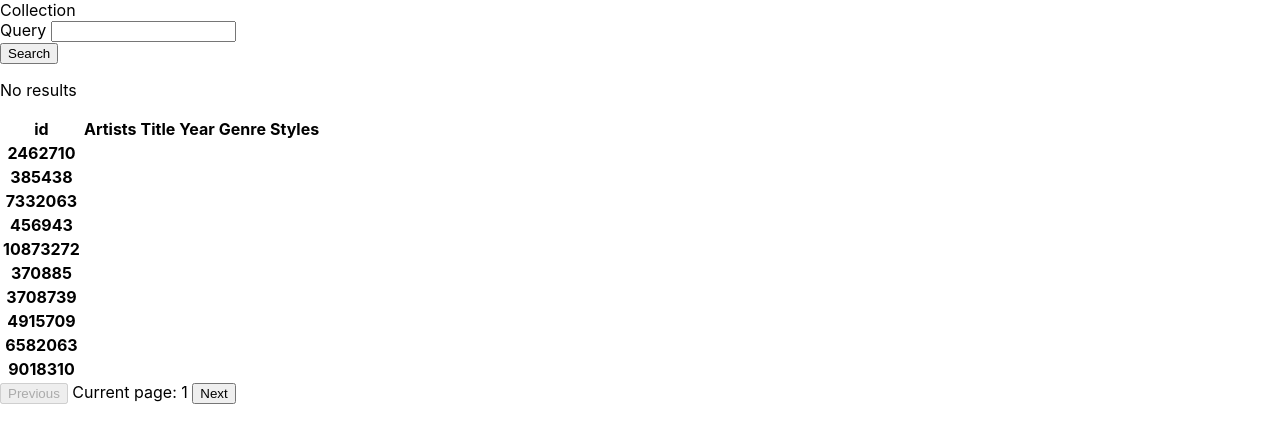
Repository: ivan-baljkas/pristupni_zadatak
Page: / (app in frontend/react-akademija-master/)
An editor plug-in stored every save of this project. The page is shown before and after the next save, followed by the edit.
The browser window is 1280 px wide. The pictures show the whole page.
The project was rebuilt for these pictures with package versions that can differ from the ones it lists, and the page was loaded fresh each time.

Above is the page before, as saved 2021-07-21 13:30:47.

### frontend/react-akademija-master/src/App.js
import React from "react";
import { SearchForm } from "./components/SearchForm";
import { CollectionTable } from "./components/CollectionTable";
import { TableItem } from "./components/TableItem";
import { Pagination } from "./components/Pagination";
import data from "./data.json";

const App = () => {
  console.log(data);

  return (
    <div>
      <header>
        Collection
      </header>
      <SearchForm>
          No results
        </SearchForm>
        <CollectionTable>
        {data.releases.map(release=>(
          <TableItem id={release.id} {...release}/>
        ))}
        </CollectionTable>
        <Pagination currentPage={1} pages={2} />
    </div>
  );
};

export default App;

### frontend/react-akademija-master/src/components/SearchForm.jsx
import React, { Component } from 'react'

export const SearchForm = (props) =>{

    return(
        <div>
            <div>
                <label htmlFor="query">Query </label>
                <input type="text" id="query"/>
            </div>
            <div>
                <button type="button">Search</button>
                <p>{props.children}</p>
            </div>

        </div>
    );
};

### frontend/react-akademija-master/src/components/CollectionTable.jsx
import React, { Component } from 'react'
import { TableItem } from './TableItem';
export const CollectionTable = (props) =>{

    return(
        <div>
            <table>
            <thead>
                <tr>
                    <th>id</th>
                    <th>Artists</th>
                    <th>Title</th>
                    <th>Year</th>
                    <th>Genre</th>
                    <th>Styles</th>
                </tr>
            </thead>
             <tbody>
                {props.children}
            </tbody>

            </table>
        </div>
    );
};

### frontend/react-akademija-master/src/components/TableItem.jsx
import React, { Component } from 'react'

export const TableItem = (props) =>{

    return(
                <tr>
                    <th>{props.id}</th>
                    <th>{props.basic_information.artists.name}</th>
                    <th>{props.title}</th>
                    <th>{props.year}</th>
                    <th>{props.genre}</th>
                    <th>{props.styles}</th>
                </tr>
    );
};

### frontend/react-akademija-master/src/components/Pagination.jsx
import React, { Component } from 'react'

export const Pagination = (props) =>{

    return(
        <div>
            <button type="button" disabled = {props.currentPage === 1}>Previous</button>
             <span>  Current page:  {props.currentPage} </span>
             <button type="button"disabled = {props.currentPage === props.pages}>Next</button>
        </div>
    );
};

### frontend/react-akademija-master/src/data.json
{
  "pagination": {
    "page": 1,
    "pages": 26,
    "per_page": 10,
    "items": 255,
    "urls": {
      "first": "https://api.discogs.com/users/adrianmusiccollector/collection/folders/0/releases?per_page=10&page=1",
      "last": "https://api.discogs.com/users/adrianmusiccollector/collection/folders/0/releases?per_page=10&page=26",
      "prev": "https://api.discogs.com/users/adrianmusiccollector/collection/folders/0/releases?per_page=10&page=1",
      "next": "https://api.discogs.com/users/adrianmusiccollector/collection/folders/0/releases?per_page=10&page=3"
    }
  },
  "releases": [
    {
      "id": 2462710,
      "instance_id": 495199692,
      "date_added": "2020-08-04T08:57:28-07:00",
      "rating": 0,
      "basic_information": {
        "id": 2462710,
        "master_id": 28197,
        "master_url": "https://api.discogs.com/masters/28197",
        "resource_url": "https://api.discogs.com/releases/2462710",
        "thumb": "",
        "cover_image": "",
        "title": "Danzig III: How The Gods Kill",
        "year": 0,
        "formats": [
          { "name": "CD", "qty": "1", "descriptions": ["Album", "Reissue"] }
        ],
        "labels": [
          {
            "name": "American Recordings",
            "catno": "491785 2",
            "entity_type": "1",
            "entity_type_name": "Label",
            "id": 2569,
            "resource_url": "https://api.discogs.com/labels/2569"
          },
          {
            "name": "Columbia",
            "catno": "02-491785-10",
            "entity_type": "1",
            "entity_type_name": "Label",
            "id": 1866,
            "resource_url": "https://api.discogs.com/labels/1866"
          }
        ],
        "artists": [
          {
            "name": "Danzig",
            "anv": "",
            "join": "",
            "role": "",
            "tracks": "",
            "id": 217411,
            "resource_url": "https://api.discogs.com/artists/217411"
          }
        ],
        "genres": ["Rock"],
        "styles": ["Blues Rock", "Hard Rock", "Heavy Metal"]
      }
    },
    {
      "id": 385438,
      "instance_id": 495284040,
      "date_added": "2020-08-04T15:46:56-07:00",
      "rating": 0,
      "basic_information": {
        "id": 385438,
        "master_id": 8636,
        "master_url": "https://api.discogs.com/masters/8636",
        "resource_url": "https://api.discogs.com/releases/385438",
        "thumb": "",
        "cover_image": "",
        "title": "For Those About To Rock We Salute You",
        "year": 1994,
        "formats": [
          {
            "name": "CD",
            "qty": "1",
            "descriptions": ["Album", "Reissue", "Remastered"]
          }
        ],
        "labels": [
          {
            "name": "ATCO Records",
            "catno": "7567-92412-2",
            "entity_type": "1",
            "entity_type_name": "Label",
            "id": 3820,
            "resource_url": "https://api.discogs.com/labels/3820"
          }
        ],
        "artists": [
          {
            "name": "AC/DC",
            "anv": "",
            "join": "",
            "role": "",
            "tracks": "",
            "id": 84752,
            "resource_url": "https://api.discogs.com/artists/84752"
          }
        ],
        "genres": ["Rock"],
        "styles": ["Hard Rock"]
      }
    },
    {
      "id": 7332063,
      "instance_id": 495260051,
      "date_added": "2020-08-04T14:14:50-07:00",
      "rating": 0,
      "basic_information": {
        "id": 7332063,
        "master_id": 8580,
        "master_url": "https://api.discogs.com/masters/8580",
        "resource_url": "https://api.discogs.com/releases/7332063",
        "thumb": "",
        "cover_image": "",
        "title": "Live",
        "year": 0,
        "formats": [
          { "name": "CD", "qty": "2", "descriptions": ["Album", "Reissue"] }
        ],
        "labels": [
          {
            "name": "ATCO Records",
            "catno": "7567-92212-2",
            "entity_type": "1",
            "entity_type_name": "Label",
            "id": 3820,
            "resource_url": "https://api.discogs.com/labels/3820"
          },
          {
            "name": "Albert Productions",
            "catno": "7567-92212-2",
            "entity_type": "1",
            "entity_type_name": "Label",
            "id": 33440,
            "resource_url": "https://api.discogs.com/labels/33440"
          }
        ],
        "artists": [
          {
            "name": "AC/DC",
            "anv": "",
            "join": "",
            "role": "",
            "tracks": "",
            "id": 84752,
            "resource_url": "https://api.discogs.com/artists/84752"
          }
        ],
        "genres": ["Rock"],
        "styles": ["Hard Rock", "Rock & Roll"]
      }
    },
    {
      "id": 456943,
      "instance_id": 495284592,
      "date_added": "2020-08-04T15:48:52-07:00",
      "rating": 0,
      "basic_information": {
        "id": 456943,
        "master_id": 8437,
        "master_url": "https://api.discogs.com/masters/8437",
        "resource_url": "https://api.discogs.com/releases/456943",
        "thumb": "",
        "cover_image": "",
        "title": "High Voltage",
        "year": 1994,
        "formats": [
          {
            "name": "CD",
            "qty": "1",
            "descriptions": ["Album", "Reissue", "Remastered"]
          }
        ],
        "labels": [
          {
            "name": "ATCO Records",
            "catno": "7567-92413-2",
            "entity_type": "1",
            "entity_type_name": "Label",
            "id": 3820,
            "resource_url": "https://api.discogs.com/labels/3820"
          },
          {
            "name": "ATCO Records",
            "catno": "92413-2",
            "entity_type": "1",
            "entity_type_name": "Label",
            "id": 3820,
            "resource_url": "https://api.discogs.com/labels/3820"
          }
        ],
        "artists": [
          {
            "name": "AC/DC",
            "anv": "",
            "join": "",
            "role": "",
            "tracks": "",
            "id": 84752,
            "resource_url": "https://api.discogs.com/artists/84752"
          }
        ],
        "genres": ["Rock"],
        "styles": ["Hard Rock"]
      }
    },
    {
      "id": 10873272,
      "instance_id": 719463895,
      "date_added": "2021-05-31T11:07:58-07:00",
      "rating": 0,
      "basic_information": {
        "id": 10873272,
        "master_id": 315130,
        "master_url": "https://api.discogs.com/masters/315130",
        "resource_url": "https://api.discogs.com/releases/10873272",
        "thumb": "",
        "cover_image": "",
        "title": "Lightning Strikes",
        "year": 1986,
        "formats": [{ "name": "CD", "qty": "1", "descriptions": ["Album"] }],
        "labels": [
          {
            "name": "ATCO Records",
            "catno": "790 512-2",
            "entity_type": "1",
            "entity_type_name": "Label",
            "id": 3820,
            "resource_url": "https://api.discogs.com/labels/3820"
          },
          {
            "name": "ATCO Records",
            "catno": "90512-2",
            "entity_type": "1",
            "entity_type_name": "Label",
            "id": 3820,
            "resource_url": "https://api.discogs.com/labels/3820"
          }
        ],
        "artists": [
          {
            "name": "Loudness (5)",
            "anv": "",
            "join": "",
            "role": "",
            "tracks": "",
            "id": 594808,
            "resource_url": "https://api.discogs.com/artists/594808"
          }
        ],
        "genres": ["Rock"],
        "styles": ["Hard Rock", "Heavy Metal"]
      }
    },
    {
      "id": 370885,
      "instance_id": 495193819,
      "date_added": "2020-08-04T08:15:48-07:00",
      "rating": 0,
      "basic_information": {
        "id": 370885,
        "master_id": 8670,
        "master_url": "https://api.discogs.com/masters/8670",
        "resource_url": "https://api.discogs.com/releases/370885",
        "thumb": "",
        "cover_image": "",
        "title": "The Razors Edge",
        "year": 1990,
        "formats": [{ "name": "CD", "qty": "1", "descriptions": ["Album"] }],
        "labels": [
          {
            "name": "ATCO Records",
            "catno": "7567-91413-2",
            "entity_type": "1",
            "entity_type_name": "Label",
            "id": 3820,
            "resource_url": "https://api.discogs.com/labels/3820"
          },
          {
            "name": "ATCO Records",
            "catno": "7567-91413-2 YS",
            "entity_type": "1",
            "entity_type_name": "Label",
            "id": 3820,
            "resource_url": "https://api.discogs.com/labels/3820"
          },
          {
            "name": "Albert Productions",
            "catno": "7567-91413-2",
            "entity_type": "1",
            "entity_type_name": "Label",
            "id": 33440,
            "resource_url": "https://api.discogs.com/labels/33440"
          },
          {
            "name": "Albert Productions",
            "catno": "7567-91413-2 YS",
            "entity_type": "1",
            "entity_type_name": "Label",
            "id": 33440,
            "resource_url": "https://api.discogs.com/labels/33440"
          }
        ],
        "artists": [
          {
            "name": "AC/DC",
            "anv": "",
            "join": "",
            "role": "",
            "tracks": "",
            "id": 84752,
            "resource_url": "https://api.discogs.com/artists/84752"
          }
        ],
        "genres": ["Rock"],
        "styles": ["Hard Rock"]
      }
    },
    {
      "id": 3708739,
      "instance_id": 659792917,
      "date_added": "2021-04-01T02:51:07-07:00",
      "rating": 0,
      "basic_information": {
        "id": 3708739,
        "master_id": 451115,
        "master_url": "https://api.discogs.com/masters/451115",
        "resource_url": "https://api.discogs.com/releases/3708739",
        "thumb": "",
        "cover_image": "",
        "title": "Loudness",
        "year": 1992,
        "formats": [{ "name": "CD", "qty": "1", "descriptions": ["Album"] }],
        "labels": [
          {
            "name": "ATCO Records",
            "catno": "WPCL-657",
            "entity_type": "1",
            "entity_type_name": "Label",
            "id": 3820,
            "resource_url": "https://api.discogs.com/labels/3820"
          },
          {
            "name": "Warner Music Japan",
            "catno": "WPCL-657",
            "entity_type": "1",
            "entity_type_name": "Label",
            "id": 52253,
            "resource_url": "https://api.discogs.com/labels/52253"
          }
        ],
        "artists": [
          {
            "name": "Loudness (5)",
            "anv": "",
            "join": "",
            "role": "",
            "tracks": "",
            "id": 594808,
            "resource_url": "https://api.discogs.com/artists/594808"
          }
        ],
        "genres": ["Rock"],
        "styles": ["Speed Metal", "Hard Rock", "Heavy Metal"]
      }
    },
    {
      "id": 4915709,
      "instance_id": 495258801,
      "date_added": "2020-08-04T14:09:39-07:00",
      "rating": 0,
      "basic_information": {
        "id": 4915709,
        "master_id": 578071,
        "master_url": "https://api.discogs.com/masters/578071",
        "resource_url": "https://api.discogs.com/releases/4915709",
        "thumb": "",
        "cover_image": "",
        "title": "Operation Mindcrime + Queen Of The Reich ",
        "year": 1999,
        "formats": [
          {
            "name": "CD",
            "qty": "2",
            "text": "Media book",
            "descriptions": [
              "Compilation",
              "Deluxe Edition",
              "Reissue",
              "Remastered"
            ]
          }
        ],
        "labels": [
          {
            "name": "Axe Killer Records",
            "catno": "3052182",
            "entity_type": "1",
            "entity_type_name": "Label",
            "id": 83934,
            "resource_url": "https://api.discogs.com/labels/83934"
          },
          {
            "name": "Axe Killer Records",
            "catno": "Wag 351",
            "entity_type": "1",
            "entity_type_name": "Label",
            "id": 83934,
            "resource_url": "https://api.discogs.com/labels/83934"
          }
        ],
        "artists": [
          {
            "name": "Queensr\u00ffche",
            "anv": "",
            "join": "",
            "role": "",
            "tracks": "",
            "id": 255363,
            "resource_url": "https://api.discogs.com/artists/255363"
          }
        ],
        "genres": ["Rock"],
        "styles": ["Heavy Metal"]
      }
    },
    {
      "id": 6582063,
      "instance_id": 495262219,
      "date_added": "2020-08-04T14:24:02-07:00",
      "rating": 0,
      "basic_information": {
        "id": 6582063,
        "master_id": 29521,
        "master_url": "https://api.discogs.com/masters/29521",
        "resource_url": "https://api.discogs.com/releases/6582063",
        "thumb": "",
        "cover_image": "",
        "title": "Metal Heart",
        "year": 0,
        "formats": [
          {
            "name": "CD",
            "qty": "1",
            "descriptions": ["Album", "Reissue", "Remastered", "Repress"]
          }
        ],
        "labels": [
          {
            "name": "BMG",
            "catno": "74321 93213 2",
            "entity_type": "1",
            "entity_type_name": "Label",
            "id": 1003,
            "resource_url": "https://api.discogs.com/labels/1003"
          },
          {
            "name": "RCA",
            "catno": "74321 93213 2",
            "entity_type": "1",
            "entity_type_name": "Label",
            "id": 895,
            "resource_url": "https://api.discogs.com/labels/895"
          },
          {
            "name": "Musicline.de",
            "catno": "74321 93213 2",
            "entity_type": "1",
            "entity_type_name": "Label",
            "id": 651772,
            "resource_url": "https://api.discogs.com/labels/651772"
          }
        ],
        "artists": [
          {
            "name": "Accept",
            "anv": "",
            "join": "",
            "role": "",
            "tracks": "",
            "id": 271475,
            "resource_url": "https://api.discogs.com/artists/271475"
          }
        ],
        "genres": ["Rock"],
        "styles": ["Heavy Metal"]
      }
    },
    {
      "id": 9018310,
      "instance_id": 495282966,
      "date_added": "2020-08-04T15:43:26-07:00",
      "rating": 0,
      "basic_information": {
        "id": 9018310,
        "master_id": 4844,
        "master_url": "https://api.discogs.com/masters/4844",
        "resource_url": "https://api.discogs.com/releases/9018310",
        "thumb": "",
        "cover_image": "",
        "title": "Master Of Reality",
        "year": 2014,
        "formats": [
          {
            "name": "CD",
            "qty": "1",
            "text": "Digipak",
            "descriptions": ["Album", "Reissue", "Remastered"]
          }
        ],
        "labels": [
          {
            "name": "BMG",
            "catno": "2730325",
            "entity_type": "1",
            "entity_type_name": "Label",
            "id": 1003,
            "resource_url": "https://api.discogs.com/labels/1003"
          },
          {
            "name": "Sanctuary",
            "catno": "2730325",
            "entity_type": "1",
            "entity_type_name": "Label",
            "id": 28233,
            "resource_url": "https://api.discogs.com/labels/28233"
          }
        ],
        "artists": [
          {
            "name": "Black Sabbath",
            "anv": "",
            "join": "",
            "role": "",
            "tracks": "",
            "id": 144998,
            "resource_url": "https://api.discogs.com/artists/144998"
          }
        ],
        "genres": ["Rock"],
        "styles": ["Hard Rock", "Heavy Metal"]
      }
    }
  ]
}

Loaded but not shown: frontend/react-akademija-master/public/index.html (common file); frontend/react-akademija-master/src/index.js (common file); frontend/react-akademija-master/src/index.css (common file); frontend/react-akademija-master/src/reportWebVitals.js (common file)

After the next save:
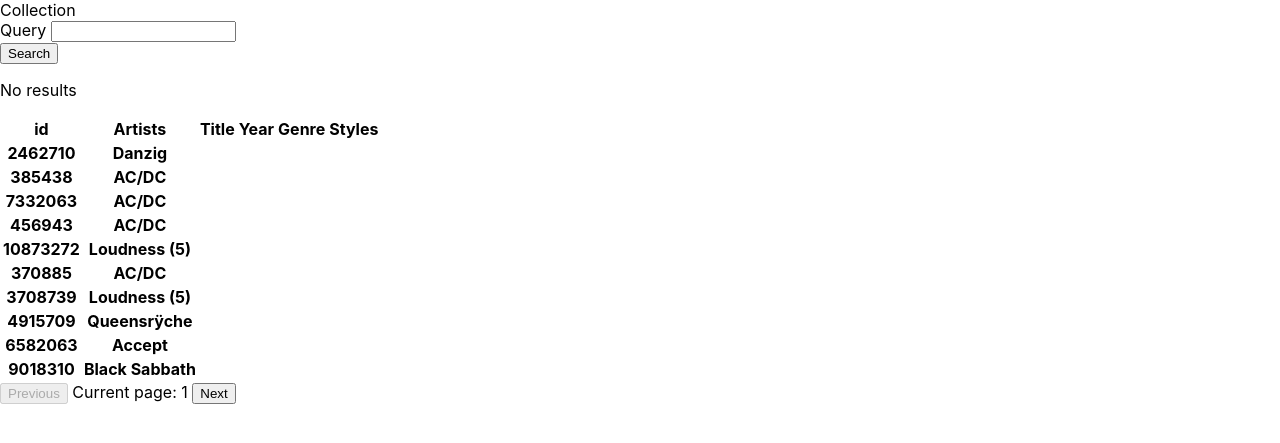
Saved 2 min 1 s later.
--- a/frontend/react-akademija-master/src/components/TableItem.jsx
+++ b/frontend/react-akademija-master/src/components/TableItem.jsx
@@ -5,7 +5,7 @@
     return(
                 <tr>
                     <th>{props.id}</th>
-                    <th>{props.basic_information.artists.name}</th>
+                    <th>{props.basic_information.artists[0].name}</th>
                     <th>{props.title}</th>
                     <th>{props.year}</th>
                     <th>{props.genre}</th>
